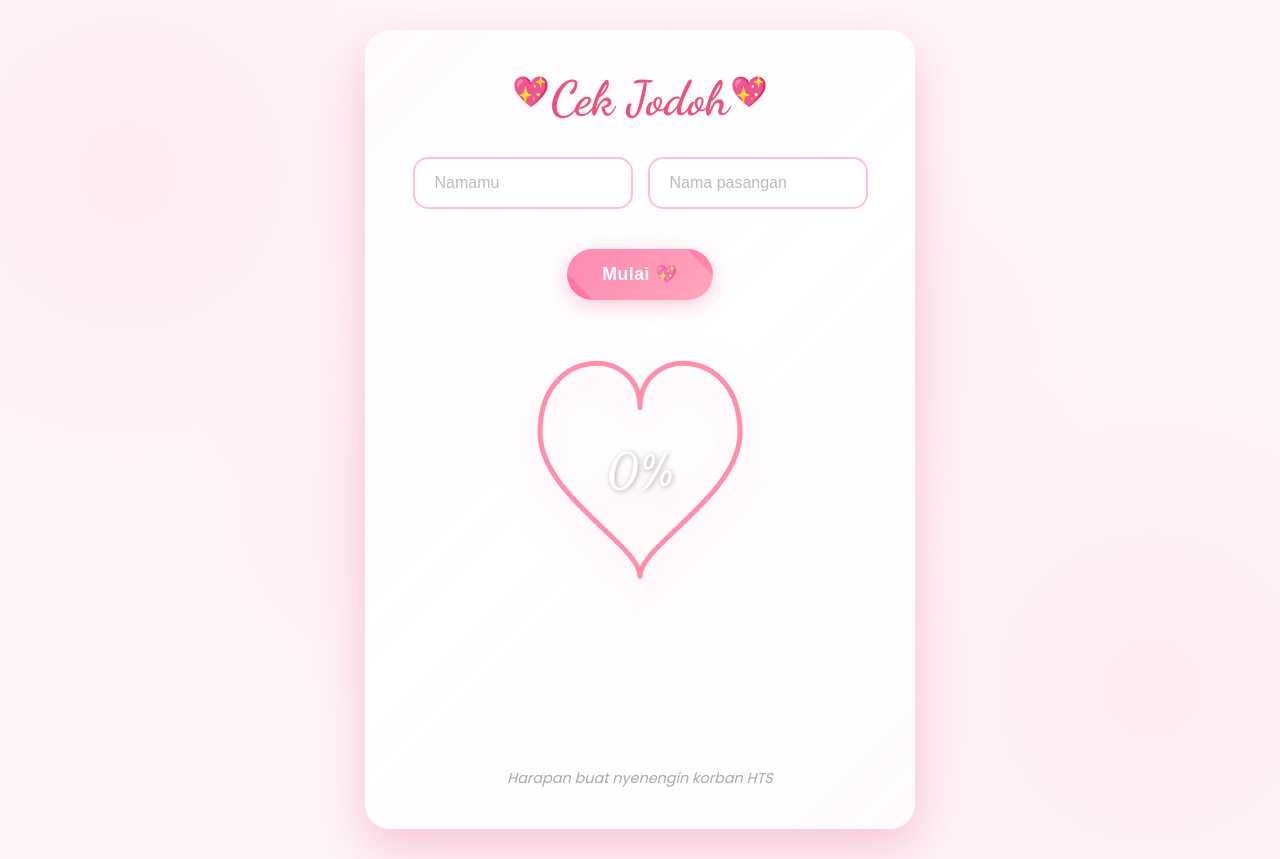
Repository: zhr-nabila/cek-jodoh
Page: cek.html
An editor plug-in stored every save of this project. The page is shown before and after a run of saves, followed by the edit.
The browser window is 1280 px wide. The pictures show the whole page.

Above is the page before, as saved 2025-06-10 01:09:18.

After the next 4 saves:
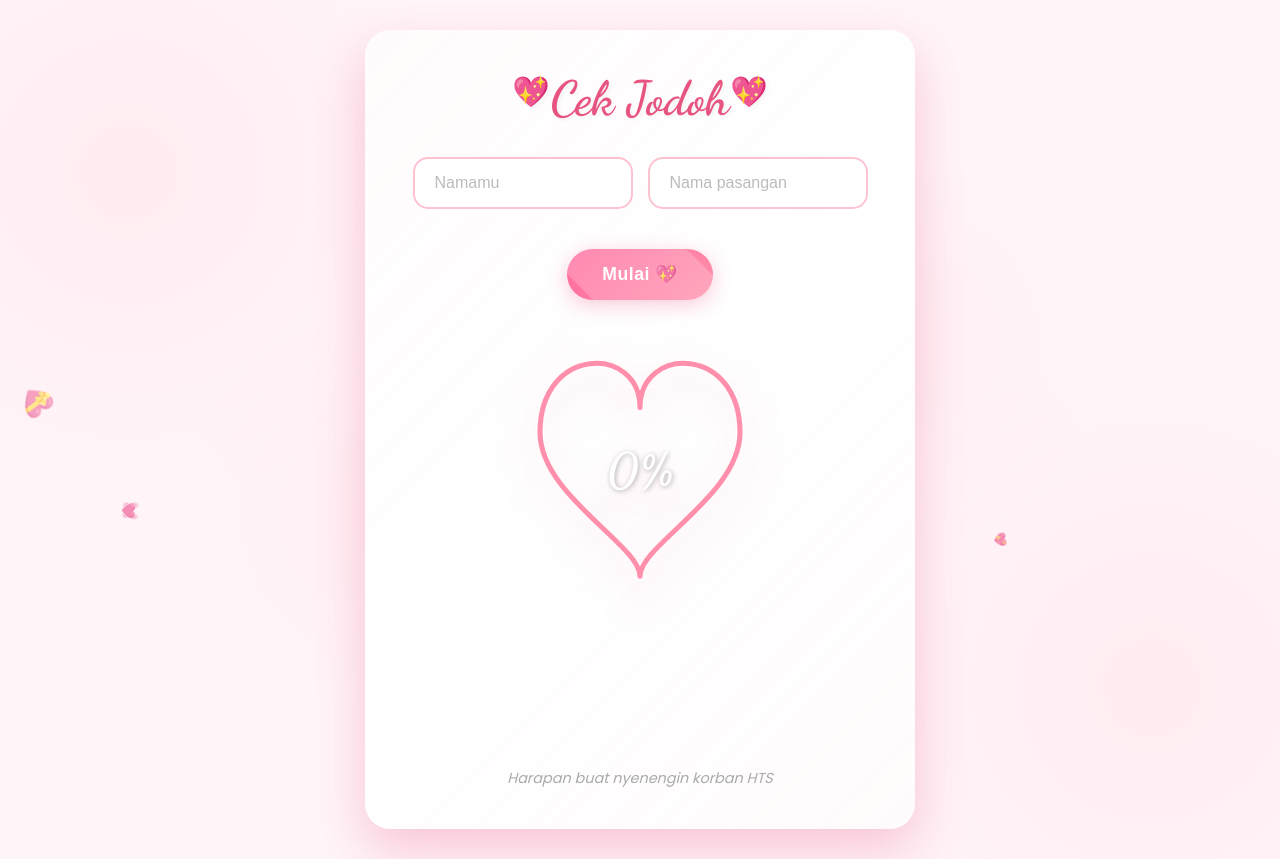
The 4 saves are shown as one change because they came seconds apart.
The last was saved 12 s later.
--- a/cek.html
+++ b/cek.html
@@ -92,6 +92,6 @@
 
     <div class="floating-hearts" id="floating-hearts"></div>
 
-    <script ></script>
+    <script src="script.js"></script>
   </body>
 </html>
